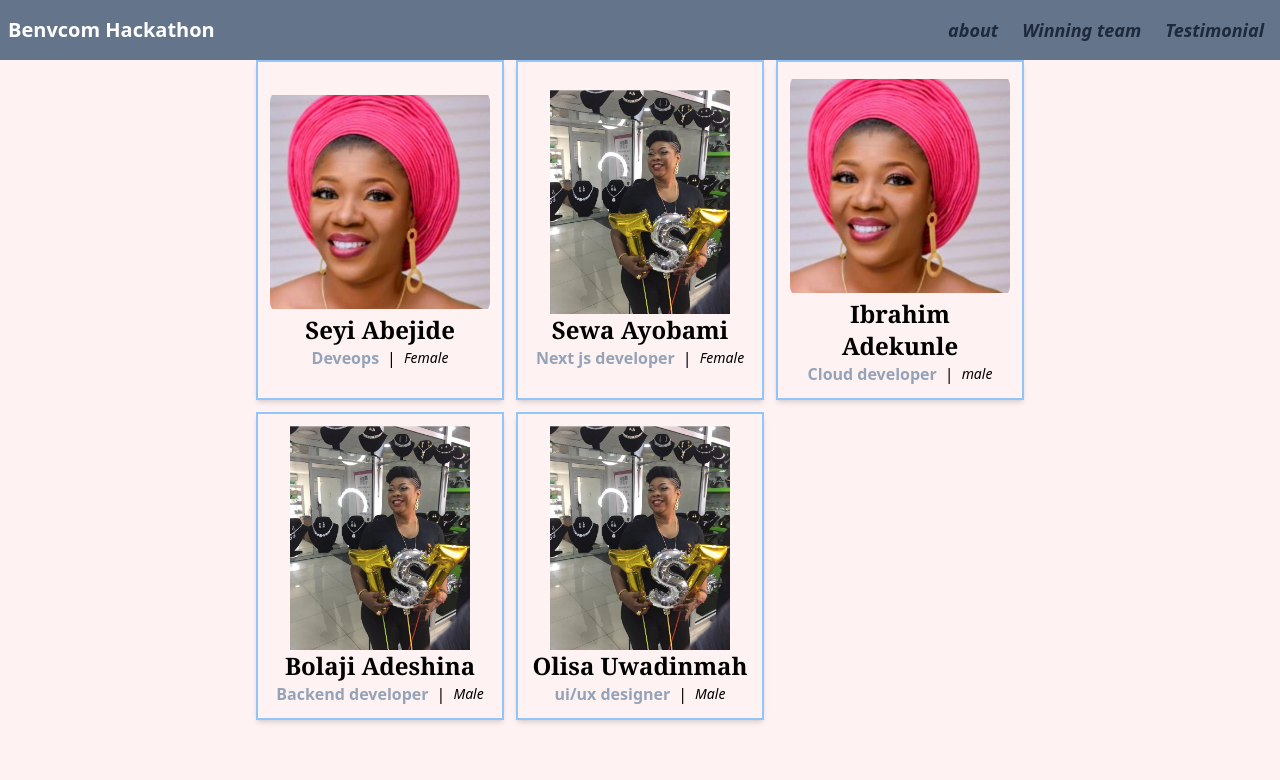
Repository: Semanmernstack/Bincom
Page: /
An editor plug-in stored every save of this project. The page is shown before and after the next save, followed by the edit.
The browser window is 1280 px wide. The pictures show the whole page.
The project was rebuilt for these pictures with package versions that can differ from the ones it lists, and the page was loaded fresh each time. The framework's server and built-in components were replaced by stand-ins that run in the browser. Also part of the build but not shown: next.config.mjs.

Above is the page before, as saved 2024-01-25 09:40:12.

### app/layout.tsx
import type { Metadata } from "next";
import { Inter } from "next/font/google";
import "./globals.css";
import Nav from "./components/Nav";

const inter = Inter({ subsets: ["latin"] });

export const metadata: Metadata = {
  title: "Create Next App",
  description: "Generated by create next app",
};

export default function RootLayout({
  children,
}: Readonly<{
  children: React.ReactNode;
}>) {
  return (
    <html lang="en">
      <body className=" ">
        <Nav/>
        {children}
      </body>
    </html>
  );
}

### app/page.tsx
import Hacthon from "./components/Hacthon";




export default function Home() {
  return (
    <main className="bg-red-50 min-h-screen">
      <Hacthon/>
    </main>

  );
}

### app/components/Nav.tsx
"use client"
import Link from 'next/link'
import { usePathname } from 'next/navigation'
import React from 'react'
const Linkk = [
    {
        href: "/about",
        title: "about"
    },
    {
        href: "/winner",
        title: "Winning team"
    },
    {
        href: "/testimony",
        title: "Testimonial",
    },
]

function Nav() {
    const pathname = usePathname()
  return (
    <div className=' flex items-center justify-between   bg-slate-500 p-2 shadow-lg'>
        <div>
            <h1 className='text-xl text-white font-extrabold'> Benvcom Hackathon  </h1>
        </div>
        <div className='flex gap-2 '>
        {Linkk.map((d, i) => (
        <div className='' key={i}>
           {pathname === d.href ? (
        <Link href={d.href} className='text-xs sm:text-lg text-pink-800 font-bold animate-pulse'>
            {d.title}
        </Link>


           ):(
            <Link href= {d.href }
            className="flex   p-2 gap-1 italic sm:font-semibold hover:border rounded-lg text-pink-400  text-slate-800 dark:text-white text-xs sm:text-lg font-bold transition duration-100  "
            >
                {d.title}
            </Link>

           )}
        </div>

       ))}

        </div>





</div>
  )
}

export default Nav

### app/components/Hacthon.tsx
import React from 'react'
import slidefour from "../public/slidefour.png"


import slidethree from "../public/slidethree.png"
import SetUp from "../components/SetUp";


const data = [
  {
    id: "1",
    title: "Seyi Abejide",
    image:"slidefour.png",
    role: "Deveops",
    gender: "Female",

  },
  {
    id: "2",
    title: "Sewa Ayobami",
    image: "slidethree.png",
    role: "Next js developer",
    gender: "Female"

  },
  {
    id: "3",
    title: "Ibrahim Adekunle",
    image:"slidefour.png",
    role: "Cloud developer",
    gender: "male",

  },
  {
    id: "4",
    title: "Bolaji Adeshina",
    image: "slidethree.png",
    role: "Backend developer",
    gender: "Male",

  },
  {
    id: "5",
    title: "Olisa Uwadinmah",
    image: "slidethree.png",
    role: "ui/ux designer",
    gender: "Male",

  },


];

function Hacthon() {
  return (
    <main className=" flex flex-col max-w-3xl mx-auto ">
      <div className="grid grid-cols-1 sm:grid-cols-2 md:grid-cols-3 gap-3">
          {data.map((p, index)=> (
              <div className=" border-2 border-blue-300 shadow-md items-center justify-center flex" key={index}>
                <SetUp
                  id={p.id}
                  title={p.title}
                  image={p.image}
                  role={p.role}
                  gender= {p.gender}
                />
              </div>

          ))}


      </div>



    </main>
  )
}

export default Hacthon

### app/components/SetUp.tsx
import React from 'react'
interface B {
    id: string
    title: string
    image: string
    role: string
    gender: string
}


function SetUp({id, title, image, role, gender}:B) {
  return (
    <div className=' p-3 '>
      <img src={image} alt="image" className='h-56 w-56 rounded-xl  object-contain' />
      <div className='flex flex-col items-center justify-between'>
        <h1 className='font-bold text-center font-serif textt-xl md:text-2xl'>{title}</h1>
        <div className='flex items-center justify-between gap-2'>
          <h2 className='font-bold text-slate-400 '>{role}</h2>
          <h2>|</h2>
          <h2 className='text-xs sm:text-sm italic'>{gender}</h2>
        </div>

        <div>

        </div>

      </div>

    </div>
  )
}

export default SetUp

Loaded but not shown: app/globals.css (common file); tailwind.config.ts (common file)

After the next save:
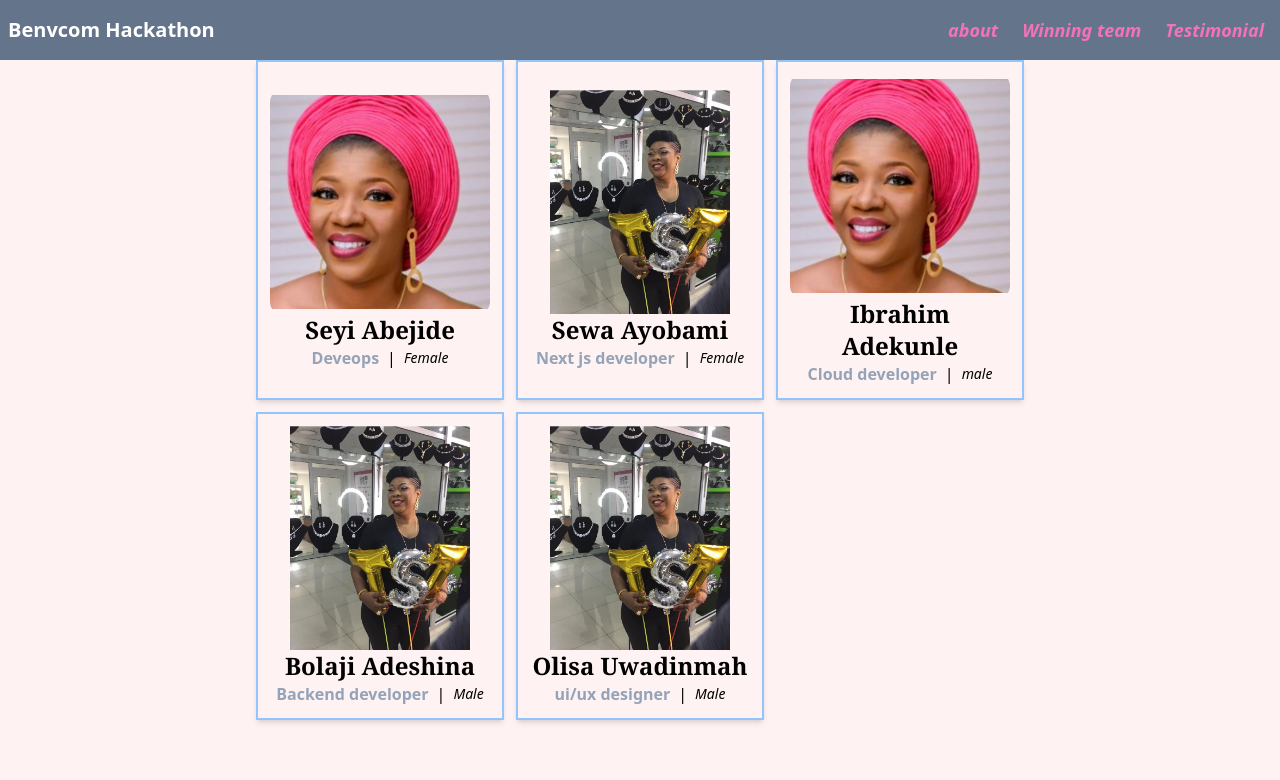
Saved 22 s later.
--- a/app/components/Nav.tsx
+++ b/app/components/Nav.tsx
@@ -35,7 +35,7 @@ function Nav() {
 
            ):(
             <Link href= {d.href }
-            className="flex   p-2 gap-1 italic sm:font-semibold hover:border rounded-lg text-pink-400  text-slate-800 dark:text-white text-xs sm:text-lg font-bold transition duration-100  "
+            className="flex   p-2 gap-1 italic sm:font-semibold hover:border rounded-lg text-pink-400   dark:text-white text-xs sm:text-lg font-bold transition duration-100  "
             >
                 {d.title}
             </Link>
